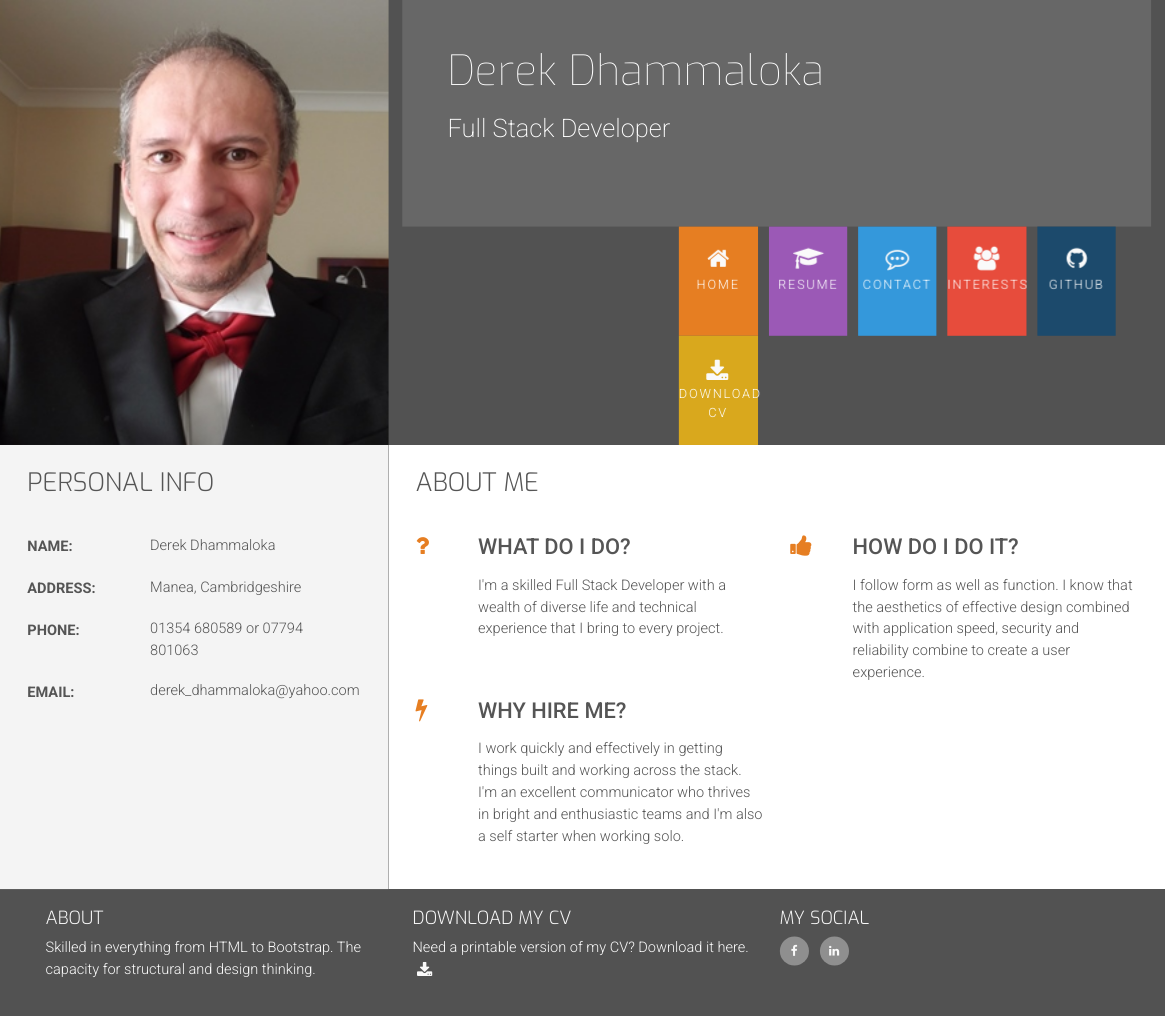
Repository: derektypist/derek-dhammaloka-cv
Page: index.html
The author's editor kept a record of every edit. The page is drawn from the files as they stood at one moment, then again after the next edit.
The browser window is 1280 px wide. The pictures show the whole page, at 91% of full size.
Some web libraries are served in a nearby version.

Above is the page before.

### index.html
<!DOCTYPE html>
<html>
    <head>
    <link rel="stylesheet" href="https://maxcdn.bootstrapcdn.com/bootstrap/4.3.1/css/bootstrap.min.css" integrity="sha384-ggOyR0iXCbMQv3Xipma34MD+dH/1fQ784/j6cY/iJTQUOhcWr7x9JvoRxT2MZw1T" crossorigin="anonymous">
    <link rel="stylesheet" href="https://maxcdn.bootstrapcdn.com/font-awesome/4.7.0/css/font-awesome.min.css" type="text/css" />
    <link rel="stylesheet" href="https://cdnjs.cloudflare.com/ajax/libs/hover.css/2.1.1/css/hover-min.css" type="text/css" />
    <link rel="stylesheet" href="assets/css/style.css" type="text/css" />
    <meta name="viewport" content="width=device-width, initial-scale=1">
    <title>Derek Dhammaloka CV - Home Page</title>
</head>
<body>
  <header class="container-fluid">

            <div class="row">

                <a class="col-md-4 logo" href="index.html" title="Derek Dhammaloka Home Page"></a>

                <div class="col-md-8">

                    <div class="row no-gutters bg-color-name-title">
                        <div class="col heading">
                            <h1 class="name">Derek Dhammaloka</h1>
                            <h2 class="title">Full Stack Developer</h2>
                        </div>
                    </div>

                    <div class="row no-gutters">
                        <div class="col"></div>

                        <ul class="list-inline menucontainer" id="nav">

                            <li class="col-6 col-sm-2 ui-menu-color-home menuitem list-inline-item">

                                <a href="index.html" class="hvr-sweep-to-bottom"><i class="fa fa-home" aria-hidden="true"></i><span>Home</span></a>

                            </li>

                            <li class="col-6 col-sm-2 ui-menu-color-resume menuitem list-inline-item">

                                <a href="resume.html" class="hvr-sweep-to-bottom"><i class="fa fa-graduation-cap" aria-hidden="true"></i><span>Resume</span></a>

                            </li>

                            <li class="col-6 col-sm-2 ui-menu-color-contact menuitem list-inline-item">

                                <a href="contact.html" class="hvr-sweep-to-bottom"><i class="fa fa-commenting-o" aria-hidden="true"></i><span>Contact</span></a>

                            </li>

                            <li class="col-6 col-sm-2 ui-menu-color-interests menuitem list-inline-item">
                                <a href="interests.html" class="hvr-sweep-to-bottom"><i class="fa fa-users" aria-hidden="true "></i><span>Interests</span></a>
                            </li>

                            <li class="col-6 col-sm-2 ui-menu-color-github menuitem list-inline-item">
                                <a href="github.html" class="hvr-sweep-to-bottom"><i class="fa fa-github" aria-hidden="true "></i><span>GitHub</span></a>
                            </li>

                            <li class="col-6 col-sm-2 ui-menu-color-download menuitem list-inline-item">

                                <a href="assets/cv/derekdhammaloka-cv.pdf" target="_blank" class="hvr-sweep-to-bottom"><span><i class="fa fa-download" aria-hidden="true"></i>Download CV</span></a>

                            </li>

                        </ul>

                    </div>

                </div>

            </div>

        </header>

    <section class="container-fluid">
            <div class="row">
                <div class="col-md-4 bg-color-personal-info section-column">
                    <div class="row">
                        <div class="col-12">
                            <h3 class="section-heading uppercase">Personal Info</h3>
                        </div>
                    </div>
                    <div class="personal-info-item">
                        <div class="key">
                            <p class="uppercase">Name:</p>
                        </div>
                        <div class="value">
                            <p>Derek Dhammaloka</p>
                        </div>
                    </div>
                    <div class="personal-info-item">
                        <div class="key">
                            <p class="uppercase">Address:</p>
                        </div>
                        <div class="value">
                            <p>Manea, Cambridgeshire</p>
                        </div>
                    </div>
                    <div class="personal-info-item">
                        <div class="key">
                            <p class="uppercase">Phone:</p>
                        </div>
                        <div class="value">
                            <p>01354 680589 or 07794 801063</p>
                        </div>
                    </div>
                    <div class="personal-info-item">
                        <div class="key">
                            <p class="uppercase">Email:</p>
                        </div>
                        <div class="value">
                            <p>derek_dhammaloka@yahoo.com</p>
                        </div>
                    </div>
                </div>
                <div class="col-md-8 bg-color-three-reasons section-column">
                    <div class="row">
                        <div class="col">
                            <h3 class="section-heading uppercase">About Me</h3>
                        </div>
                    </div>
                    <div class="row">
                        <div class="col-10 offset-1 offset-sm-0 col-sm-4 col-md-6">
                            <div class="row">
                                <div class="col-2">
                                    <i class="three-reasons-icons fa fa-question" aria-hidden="true"></i>
                                </div>
                                <div class="col-10">
                                    <h4 class="three-reasons-heading uppercase">What do I do?</h4>
                                    <p>
                                        I'm a skilled Full Stack Developer with a wealth of diverse
                                        life and technical experience that I bring to every project.
                                    </p>
                                </div>
                            </div>
                        </div>
                        <div class="col-10 offset-1 offset-sm-0 col-sm-4 col-md-6">
                                <div class="row">
                                    <div class="col-2">
                                        <i class="three-reasons-icons fa fa-thumbs-up" aria-hidden="true"></i>
                                    </div>
                                    <div class="col-10">
                                        <h4 class="three-reasons-heading uppercase">How do I do it?</h4>
                                        <p>
                                            I follow form as well as function.
                                            I know that the aesthetics of effective design combined with application speed,
                                            security and reliability combine to create a user experience.
                                        </p>
                                    </div>
                                </div>
                            </div>
                        <div class="col-10 offset-1 offset-sm-0 col-sm-4 col-md-6">
                            <div class="row">
                                <div class="col-2">
                                    <i class="three-reasons-icons fa fa-bolt" aria-hidden="true"></i>
                                </div>
                                <div class="col-10">
                                    <h4 class="three-reasons-heading uppercase">Why hire me?</h4>
                                    <p>
                                        I work quickly and effectively in getting things built and working across the stack.
                                        I'm an excellent communicator who thrives in bright and enthusiastic teams and I'm
                                        also a self starter when working solo.
                                    </p>
                                </div>
                            </div>
                        </div>
                    </div>
                </div>
            </div>
        </section>

    <footer class="container-fluid">
        <div class="row" id="footer-details">
            <div class="col-sm-4">
                <h5 class="uppercase general-sub">About</h5>
                <p class="inline-block">
                    Skilled in everything from HTML to Bootstrap.
                    The capacity for structural and design thinking.

                </p>
            </div>

            <div class="col-sm-4">
                <h5 class="uppercase general-sub">Download My CV</h5>
                <p class="inline-block">
                    Need a printable version of my CV?  Download it here.
                <a href="assets/cv/derekdhammaloka-cv.pdf" target="_blank" class="cv-pdf"><i class="fa fa-download" aria-hidden="true"></i></a>
                </p>

            </div>

            <div class="col-sm-4">
                <h5 class="uppercase general-sub">My Social</h5>
                <ul class="list-inline social-links">
                    <li class="list-inline-item"><a target="_blank" href="https://www.facebook.com/derek.dhammaloka"><i class="fa fa-facebook"></i></a></li>
                    <li class="list-inline-item"><a target="_blank" href="https://www.linkedin.com/in/derekdhammaloka"><i class="fa fa-linkedin"></i></a></li>
                </ul>

            </div>
        </div>
    </footer>
</body>
</html>

### assets/css/style.css
@import url('https://fonts.googleapis.com/css?family=Roboto:100,200,300,400,500,600,700|Exo:100,200,300,400,500,600,700');


/* Colors */

.bg-color-name-title {
    background-color: #676767;
}

.bg-color-three-reasons {
    background-color: #ffffff;
}

.ui-menu-color-home {

    background-color: #e67e22;

}


.ui-menu-color-resume {

    background-color: #9b59b6;

}



.ui-menu-color-contact {

    background-color: #3498db;

}


.ui-menu-color-download {

    background-color: #d9a81d;

}

.ui-menu-color-github {
    background-color: #1c4a6c;
}

.ui-menu-color-interests {
    background-color: #e74c3c;
}

.bg-color-personal-info {
    background-color: #f4f4f4;
}

.bg-color-work-history {
    background-color: #9b59b6;
}

.bg-color-contact {
    background-color: #ffffff;
}

.bg-color-conferences {

    background-color: #f4f4f4;

}


.bg-color-groups {

    background-color: #ffffff;

}

body {
    font-family: "Roboto", Arial, Verdana, sans-serif;
    font-weight: 300;
    background-color: #525252;
    color: #555555;
}




/* Special Padding/Margins/Text */

h1, h2, h3, h4 {
    margin: 0;
}

.uppercase {
    text-transform: uppercase;
}

.general-sub {
    font-family: "Exo", Arial, Verdana, sans-serif;
    font-weight: 300;
    color: #fafafa;
}

.inline-block {
    display: inline-block;
}

.row-table {
    display: table;
}

.history-heading, .section-heading {
    font-family: "Exo", Arial, Verdana, sans-serif;
    font-weight: 300;
    margin-top: 25px;
    margin-bottom: 40px;
}

.text-center {
    text-align: center;
}

/* Heading */

header {
    margin: 0;
}



.heading {
    margin-left: 50px;
}


.logo {

    background: url("../images/derek.jpg");

    background-position: center;

    background-repeat: no-repeat;

    background-size: cover;

    min-height: 360px;


    transition: all .5s ease-in-out;

    -moz-transition: all .5s ease-in-out;
    -webkit-transition: all .5s ease-in-out;
    -o-transition: all .5s ease-in-out;

}

.name {
    font-family: "Exo", Arial, Verdana, sans-serif;
    font-weight: 100;
    font-size: 46px;
    margin-top: 50px;
    color: #ffffff;
}

.title {
    font-family: "Roboto", Arial, Verdana, sans-serif;
    font-weight: 200;
    font-size: 28px;
    margin-top: 20px;
    margin-bottom: 90px;
    color: #fff;
}

#nav {
    margin: 0;
}

#nav li {
    padding: 0;
}

.menuitem {
    height: 120px;
    text-align: center;
    padding: 0;
}

.menuitem a {
    width: 100%;
    text-decoration: none;
    color: #ffffff;
    height: 120px;
}

.menuitem a i {
    padding-top: 22px;
    display: block;
    color: #fafafa;
    font-size: 26px;
}

.menuitem span {
    display: block;
    width: 100%;
    padding-top: 5px;
    text-align: center;
    text-transform: uppercase;
    font-size: 14px;
    font-weight: 300;
    letter-spacing: 2px;
}

/* Hover.css */

.hvr-sweep-to-bottom:before {
    background: rgb(0, 0, 0);
    background: rgba(0, 0, 0, 0.2);
    height: 120px;
}

/* Footer */
footer {
    background-color: #525252;
    color: #fafafa;
    min-height: 120px;
    margin: 0;
}

footer .cv-pdf {
    color: #fafafa;
    text-align: center;
    font-size: 18px;
    padding-left: 5px;
}

footer .cv-pdf i:hover {
    color: #e84610;
    transition: all 0.35s ease-in-out;
    -moz-transition: all 0.35s ease-in-out;
    -webkit-transition: all 0.35s ease-in-out;
    -o-transition: all 0.35s ease-in-out;
}

.social-links {
    padding-bottom: 15px;
}

.social-links li a i {
    width: 32px;
    height: 32px;
    padding: 12px 0px;
    border-radius: 50%;
    font-size: 13px;
    line-height: 7px;
    text-align: center;
    color: #fafafa;
    background: #8f8f8f;
    transition: all 0.35s ease-in-out;
    -moz-transition: all 0.35s ease-in-out;
    -webkit-transition: all 0.35s ease-in-out;
    -o-transition: all 0.35s ease-in-out;

}

.social-links li a i:hover {
    background: #e84610;

}

#footer-details {
    margin: 20px;
}

/* Three Reasons */

.three-reasons-icons {
    font-size: 26px;
    color: #e67e22;
}

.three-reasons-heading {
    margin-bottom: 15px;
}

/* Personal Info */

.personal-info-item {
    margin-bottom: 20px;
    display: block;
    clear: both;
}



.personal-info-item .key, .personal-info-item .value {
    padding-right: 8px;
}

.personal-info-item .key p, .personal-info-item .value p {
    margin: 0;
}

.personal-info-item .key {
    display: inline-block;
    width: 30%;
    margin-right: 21px;
    padding-top: 2px;
    vertical-align: top;
}

.personal-info-item .key p {
    font-family: "Roboto", Arial, Verdana, sans-serif;
    font-weight: 700;

}

.personal-info-item .value {
    display: inline-block;
    position: relative;
    width: 60%;
}

/* Skills */

.progress {
    position: relative;
    height: 25px;
}

.progress-type {
    position: absolute;
    left: 0px;
    font-weight: 400;
    padding: 3px 30px 2px 10px;
    color: #fafafa;
    background-color: rgb(25, 25, 25);
    background-color: rgba(25, 25, 25, 0.2);
}

.progress-section {
    margin: 40px 20px;
}

/* Work History */

.timeline-item {
    padding: 4em 2em 0em 2em;
    position: relative;
    color: #fafafa;
    border-left: 1px solid;
}

.timeline-item p {
    padding: 0;
    margin: 0;
}

.timeline-item::before {
    content: attr(dates);
    position: absolute;
    left: 2.5em;
    top: 3em;
    display: block;
    font-family: "Exo", Arial, Verdana, sans-serif;
    font-weight: 500;
    font-size: .8em;
    padding: 0;
    margin: 0;
}

.timeline-item::after {
    width: 12px;
    height: 12px;
    display: block;
    top: 2.4em;
    position: absolute;
    left: -6px;
    border-radius: 12px;
    content: '';
    background: #fafafa;
}

.history-heading {
    color: #fafafa;
    margin-bottom: 50px;
}

.history-items {
    margin-bottom: 30px;
}

/* Interests */
.interest-links {
    text-decoration: none;
    color: #3498db;
}

.interest-links:hover {
    color: #e67e22;
}


/* Contact */

.contact-heading {
    font-family: "Exo", Arial, Verdana, sans-serif;
    font-weight: 300;
    margin-top: 25px;
    margin-bottom: 20px;
}

.center-form {
    padding-top: 10px;
    margin: 0 auto;
    max-width: 70%;
}

button[type="submit"] {
    margin-top: 15px;
    margin-bottom: 20px;
    background-color: #e84610;
    color: #fafafa;
}

/* Media Queries */

@media (min-width: 992px) {
    .section-column {
        padding: 0 30px 30px;
        float: none;
        display: table-cell;
    }

    .center-form {
    padding-top: 30px;
    min-height: 240px;
    margin: 0 auto;
    max-width: 50%;
}

}

/* Maps */
div#map {
    min-height: 360px;

}

After the next edit:
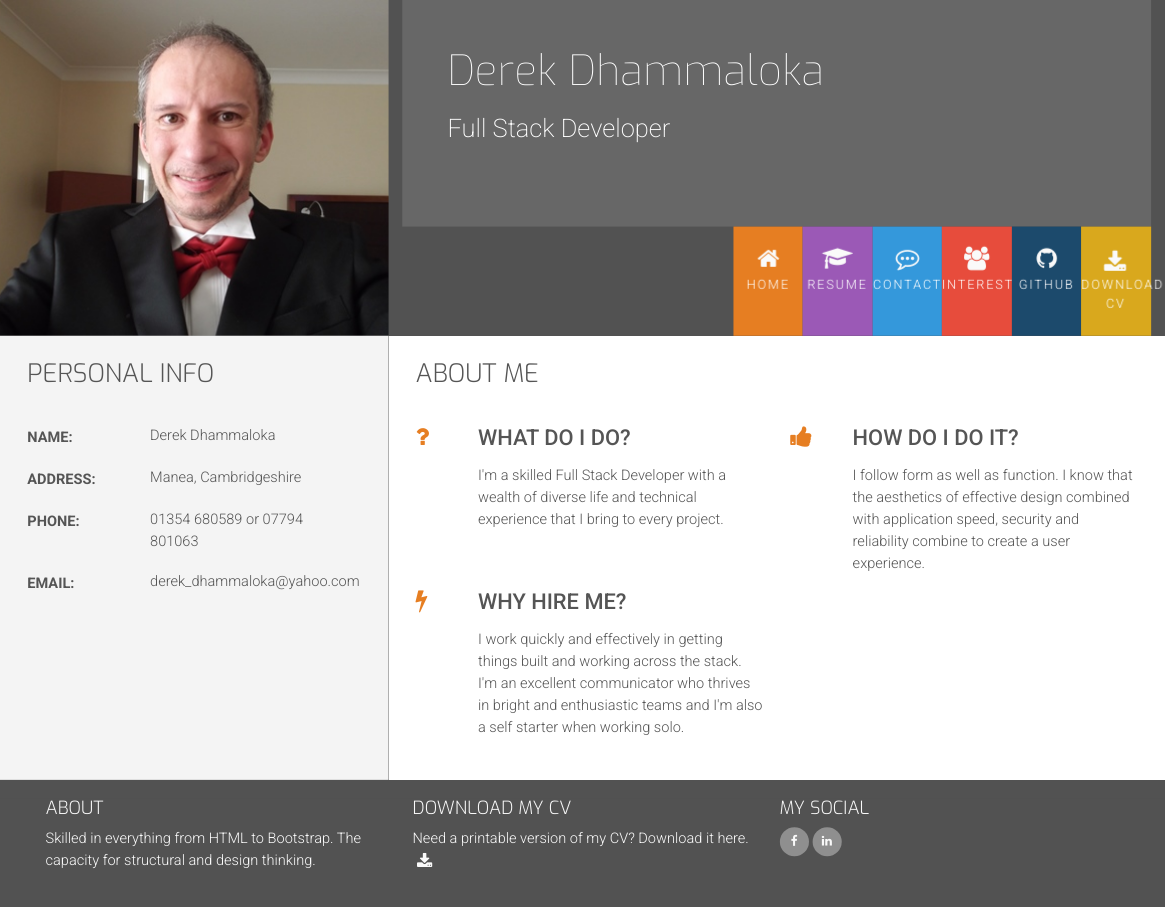
The edit:
--- a/assets/css/style.css
+++ b/assets/css/style.css
@@ -168,6 +168,16 @@
     color: #fff;
 }
 
+.list-inline-item:not(:last-child) {
+    margin: 0;
+}
+
+
+.menucontainer {
+
+    font-size: 0;
+
+}
 #nav {
     margin: 0;
 }
